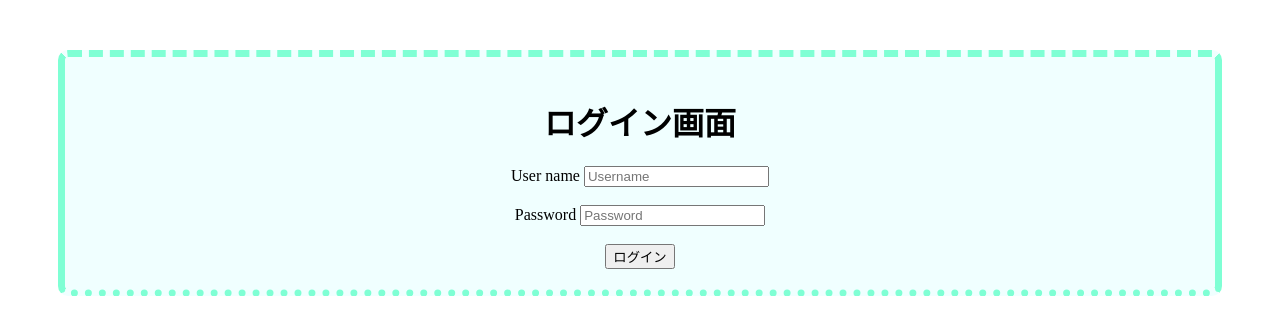
Repository: Jutta197/frontend726
Page: css_ex/login/login.html
These files come from the project's save history. The page is drawn as it stood at one moment and after the next save; the edit follows.
The browser window is 1280 px wide. The pictures show the whole page.

Above is the page before, as saved 2023-07-31 09:33:17.

### css_ex/login/login.html
<!DOCTYPE html>
<html lang="en">

<head>
    <meta charset="UTF-8">
    <meta name="viewport" content="width=device-width, initial-scale=1.0">
    <title>Document</title>
    <link rel="stylesheet" href="style.css">
</head>

<body>
    <div class="container">
        <form action="" method="post">
            <h1>ログイン画面</h1>
            <label for="username">User name</label>
            <input type="text" id="username" name="username" placeholder="Username" required><br><br>
            <label for="password">Password</label>
            <input type="password" id="password" name="password" placeholder="Password"><br><br>
            <input type="submit" value="ログイン" id="submit-button">
        </form>
    </div>

</body>

</html>

### css_ex/login/style.css
div {
    text-align: center;
    border-style: dashed solid dotted;
    border-width: 7px;
    border-color: aquamarine;
    border-radius: 10px;
    padding: 20px 10px;
    background-color: azure;
    margin: 50px 50px;

}

After the next save:
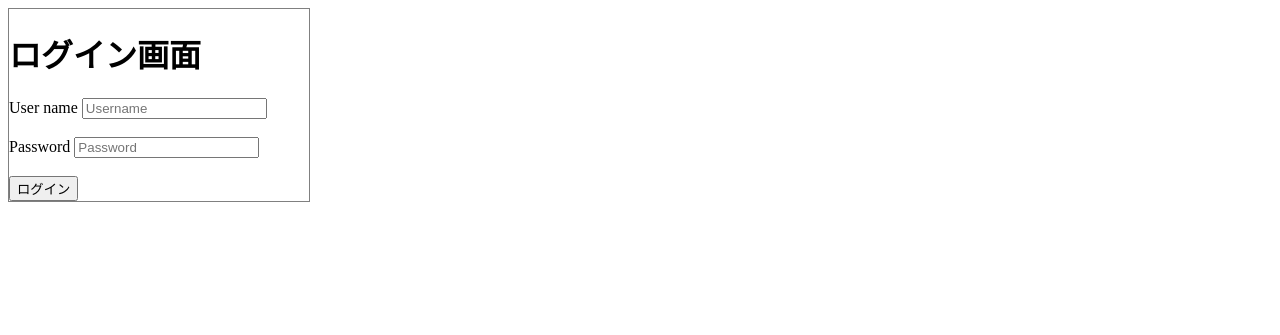
Saved 3 min 19 s later.
--- a/css_ex/login/style.css
+++ b/css_ex/login/style.css
@@ -1,4 +1,9 @@
-div {
+.container {
+    width: 300px;
+    border: 1px solid gray;
+}
+
+/* div {
     text-align: center;
     border-style: dashed solid dotted;
     border-width: 7px;
@@ -8,4 +13,4 @@ div {
     background-color: azure;
     margin: 50px 50px;
 
-}
+} */
